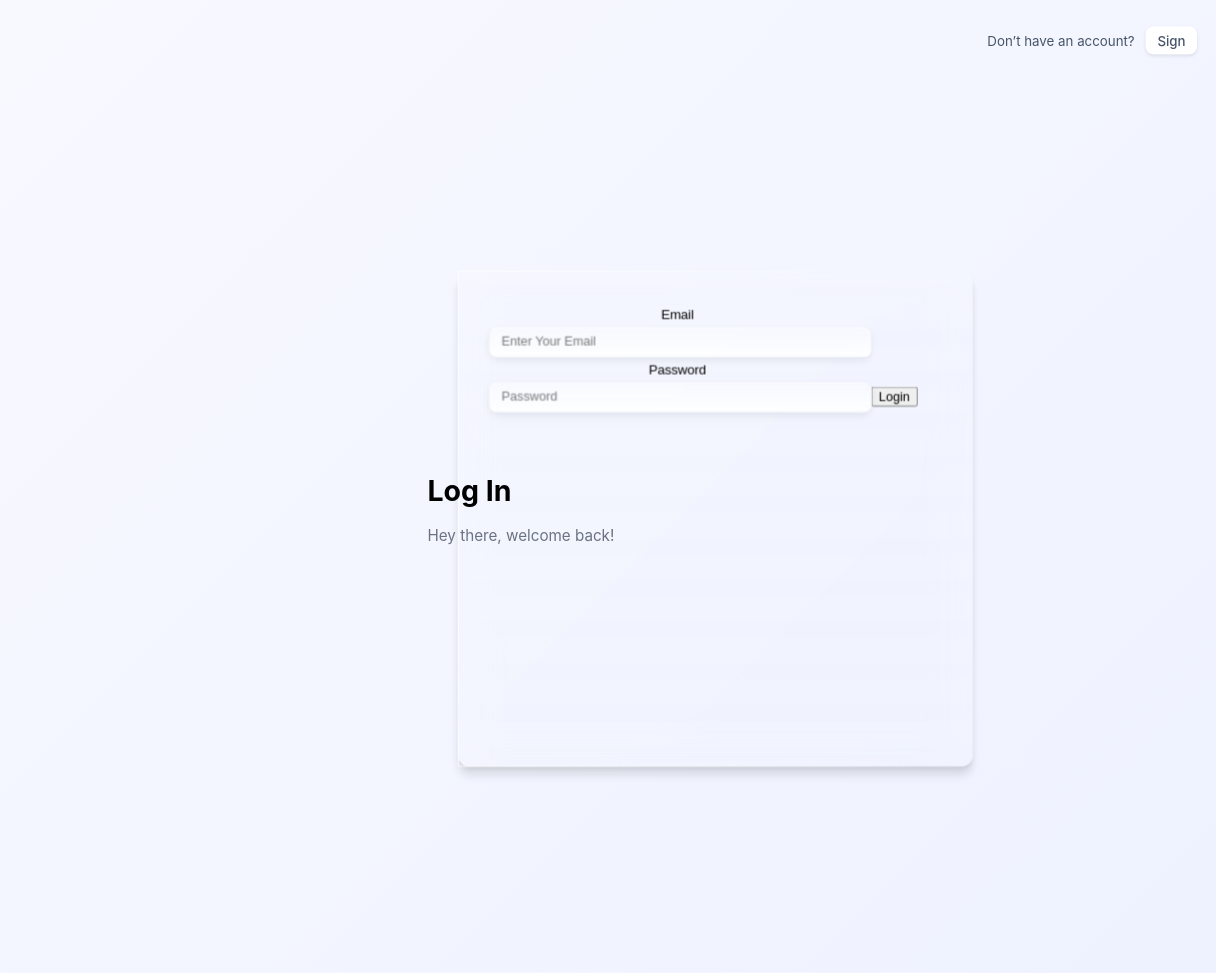
Repository: AfifaNoor/Admin_Panel-React-
Page: /
An editor plug-in stored every save of this project. The page is shown before and after the next save, followed by the edit.
The browser window is 1280 px wide. The pictures show the whole page, at 95% of full size.
The project was rebuilt for these pictures with package versions that can differ from the ones it lists, and the page was loaded fresh each time. Also part of the build but not shown: src/SignUp.jsx.

Above is the page before, as saved 2025-07-10 16:17:57.

After the next save:
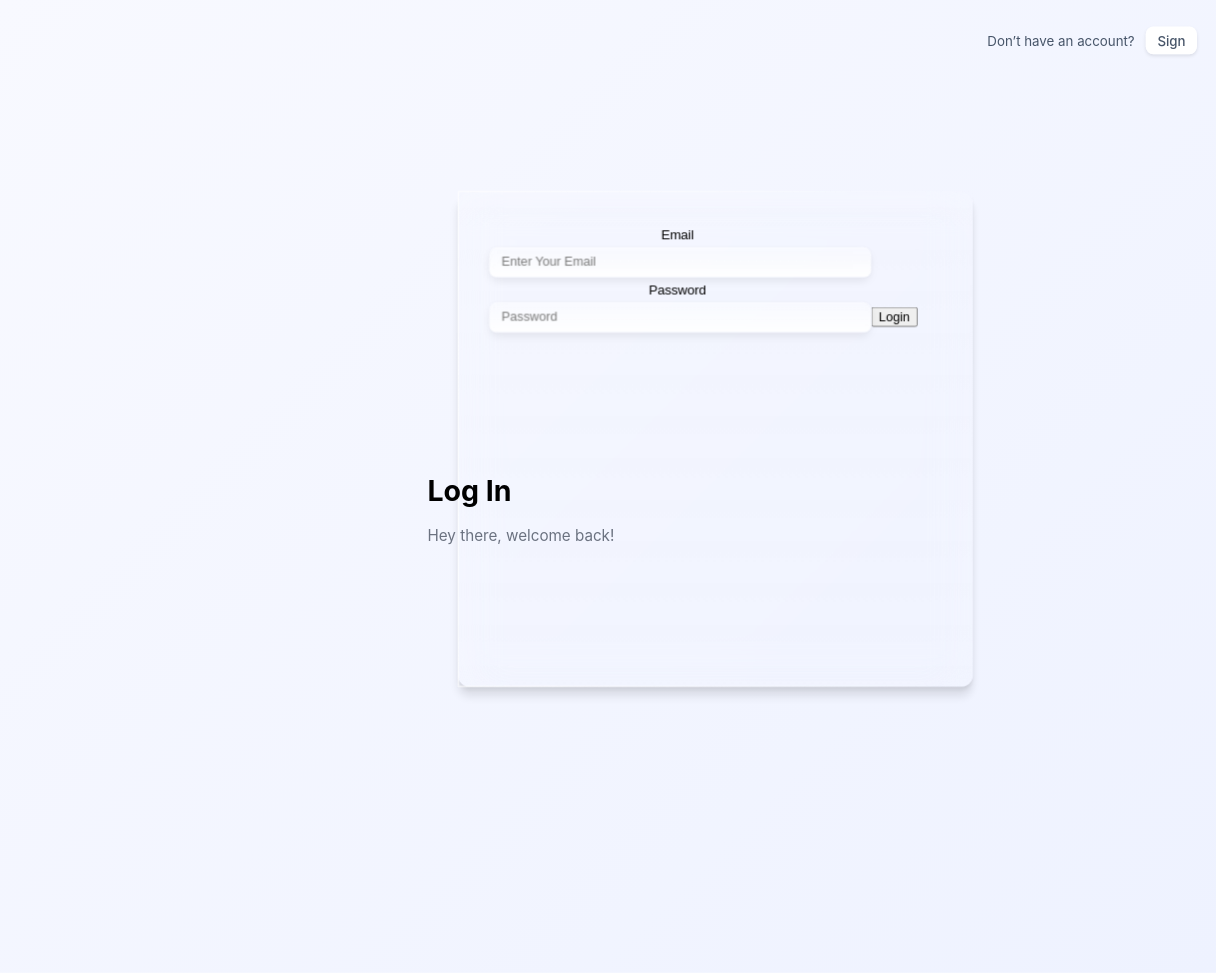
Saved 15 s later.
--- a/src/LoginPage.css
+++ b/src/LoginPage.css
@@ -74,7 +74,7 @@ margin-bottom: 8px;
   width: 476px;
   height: 456px;
   position: absolute;
-  top: 284.5px;
+  top: 200.5px;
   left: 482px;
   border-radius: 12px;
   padding: 32px;
